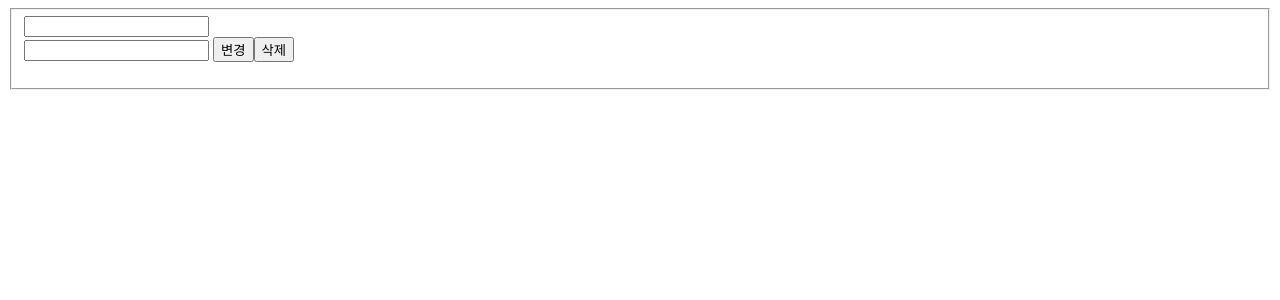
Repository: kimjaejoo/Tacademy
Page: http://localhost/Hello/cookie_test2.jsp
An editor plug-in stored every save of this project. The page is shown before and after the next save, followed by the edit.
The browser window is 1280 px wide. The pictures show the whole page.
Some web libraries are served in a nearby version. The page is served by Tomcat 9. Nobody is signed in. The application's start-up code is not run.

Above is the page before, as saved 2016-11-02 02:36:13.

After the next save:
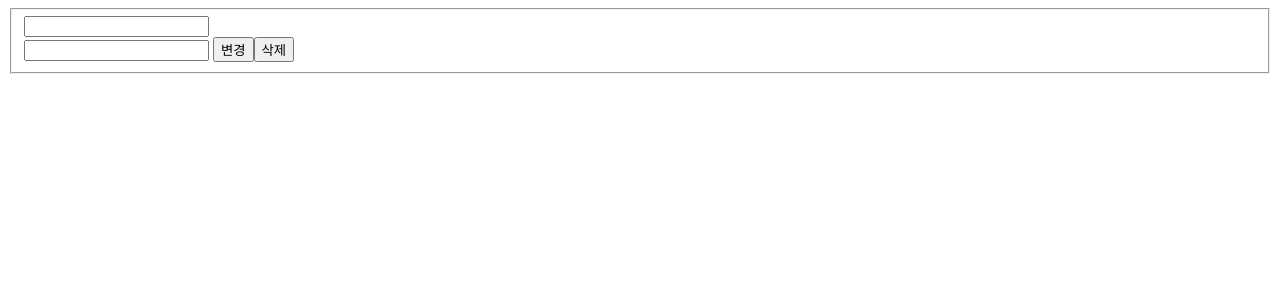
Saved 21 s later.
--- a/Hello/WebContent/cookie_test2.jsp
+++ b/Hello/WebContent/cookie_test2.jsp
@@ -69,13 +69,13 @@
 </script>
 </head>
 <body>
+		<form>
 	<fieldset>
-		<form>
 			<input type="text" name="uid" value="<%=getCookie("uid", cookies) %>" /><br />
 			<input type="text" name="upw" value="<%=getCookie("age", cookies) %>" />
 			<button id="change">변경</button><button id="delete">삭제</button>
+	</fieldset>
 		</form>
-	</fieldset>
 </body>
 </html>
 <%

After the save that followed:
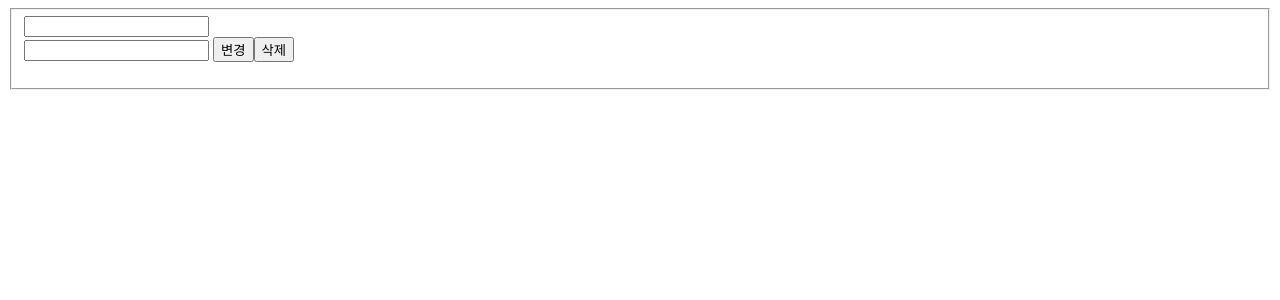
Saved 27 s later.
--- a/Hello/WebContent/cookie_test2.jsp
+++ b/Hello/WebContent/cookie_test2.jsp
@@ -69,13 +69,13 @@
 </script>
 </head>
 <body>
+	<fieldset>
 		<form>
-	<fieldset>
 			<input type="text" name="uid" value="<%=getCookie("uid", cookies) %>" /><br />
 			<input type="text" name="upw" value="<%=getCookie("age", cookies) %>" />
 			<button id="change">변경</button><button id="delete">삭제</button>
+		</form>
 	</fieldset>
-		</form>
 </body>
 </html>
 <%
